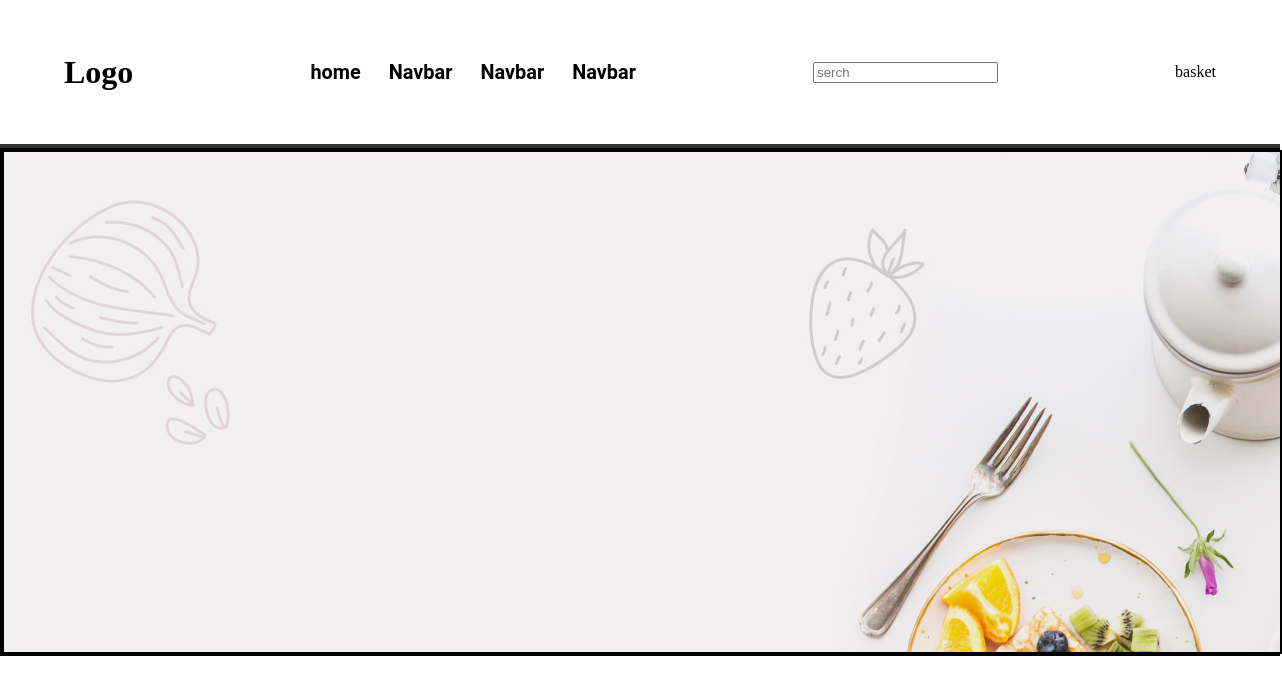
Repository: Islam432/Islam-and-Arsi---team
Page: /
These files come from the project's save history. The page is drawn as it stood at one moment and after the next save; the edit follows.
The browser window is 1280 px wide. The page is 1282 px wide, then 1280 px, then 1282 px, so the pictures cover 1282 px, including what lies to the right of the window. The pictures show the whole page.
The project was rebuilt for these pictures with package versions that can differ from the ones it lists, and the page was loaded fresh each time. Also part of the build but not shown: vite.config.js, src/App.css, src/components/Comp/Comp.jsx.

Above is the page before, as saved 2023-03-11 23:05:00.

### src/main.jsx
import React from "react";
import ReactDOM from "react-dom/client";
import App from "./App";
import "./index.css";
import { BrowserRouter } from "react-router-dom";


ReactDOM.createRoot(document.getElementById("root")).render(
  <React.StrictMode>

      <BrowserRouter>
        <App />
      </BrowserRouter>

  </React.StrictMode>
);

### src/App.jsx
import { useState } from "react";
import reactLogo from "./assets/react.svg";
import "./App.css";
import { Route, Routes } from "react-router-dom";
import { Layout } from "./components/Layout";
import { Home } from "./components/Home/Home";
import { Comp } from "./components/Comp/Comp";

function App() {
  return (

    <Layout>  <Routes>
    <Route path="/" element = {<Home/>}/>
    <Route path="/comp" element= {<Comp/>} />
  </Routes></Layout>

  );
}

export default App;

### src/components/Layout/index.jsx
import React from 'react'
import { Navbar } from '../Navbar/Navbar'

export const Layout = ({children}) => {
  return (
  <>
 <Navbar/>
  <main>{children}</main>
  </>
  )
}

### src/components/Home/Home.jsx
import React from 'react'
import styles from './Home.module.css'


export const Home = () => {
  return (
    <div className={styles.cont}>
      <div className={styles.blok1}></div>
    </div>
  )
}

### src/components/Navbar/Navbar.jsx
import React from "react";
import { NavLink } from "react-router-dom";
import styles from "./Navbar.module.css";

export const Navbar = () => {
  return (
    <div className={styles.cont}>
      <div className={styles.allnav}>
        <h1>Logo</h1>

        <div className={styles.navbar}>
          <NavLink to={'/'} className={styles.NavLink}>
            <h3>home</h3>
          </NavLink>
          <NavLink to={'/comp'} className={styles.NavLink}>
            <h3>Navbar</h3>
          </NavLink>
          <NavLink className={styles.NavLink}>
            <h3>Navbar</h3>
          </NavLink>
          <NavLink className={styles.NavLink}>
            <h3>Navbar</h3>
          </NavLink>

        </div>

        <div className={styles.inputblok}>
          <input type="text" placeholder="serch" />
        </div>

        <div>basket</div>
      </div>
    </div>
  );
};

### src/components/Home/Home.module.css
.cont{
    margin: 0;


  border: 2px solid black;
}
.blok1{
    background:url('./Banner.jpg') ;
  width: 100%;
 object-fit: cover;
 height: 500px;
    border: 2px solid black;
}

### src/components/Navbar/Navbar.module.css
.cont {
    margin: 0;
  display: flex;
  align-items: center;
  justify-content: center;
  height: 20vh;
  background: #ffffff;
border-bottom: 4px solid #333;
}

.allnav {
  display: flex;
  align-items: center;
  justify-content: space-between;
  width: 90%;
  height: 10vh;

}
.navbar {
  display: flex;
  justify-content: space-around;
  align-items: center;
  gap: 28px;

  font-family: Roboto;
  font-style: Bold;
  font-size: 17px;

}
.NavLink{
    text-decoration: none;
    color: rgb(0, 0, 0);
}

Loaded but not shown: index.html (common file); src/index.css (common file)

After the next save:
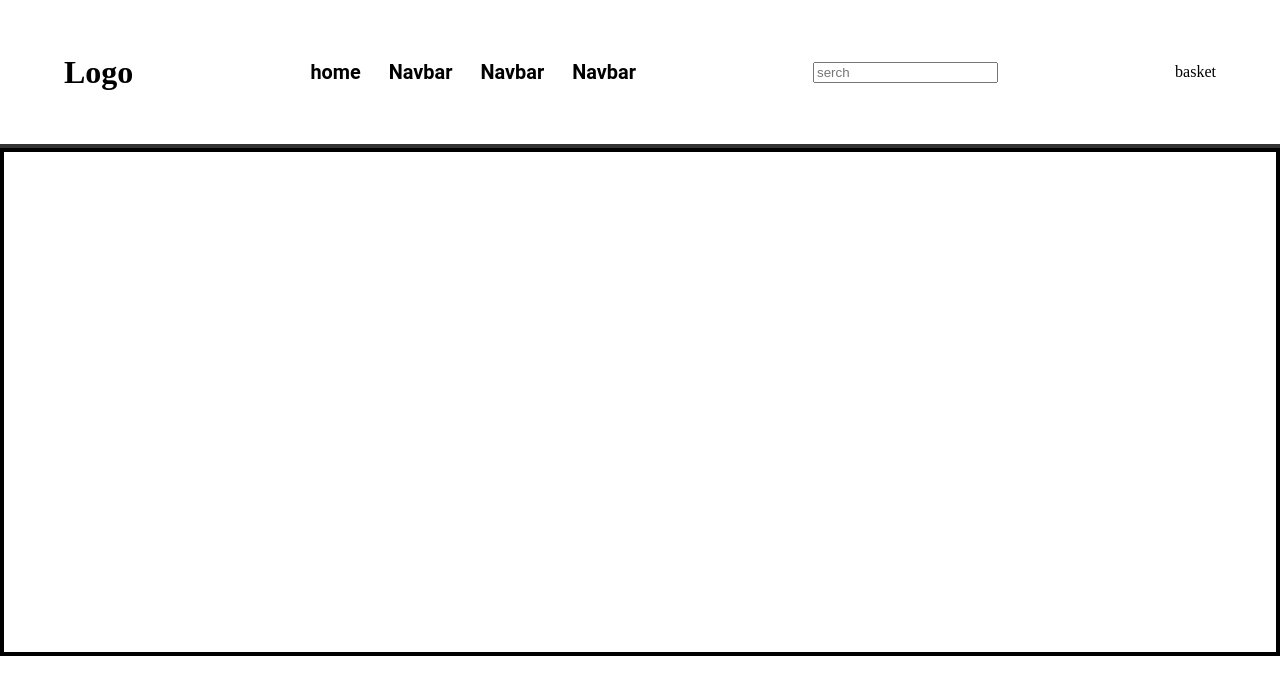
Saved 114 s later.
--- a/src/components/Home/Home.module.css
+++ b/src/components/Home/Home.module.css
@@ -5,7 +5,7 @@
   border: 2px solid black;
 }
 .blok1{
-    background:url('./Banner.jpg') ;
+    b
   width: 100%;
  object-fit: cover;
  height: 500px;

After the 5 saves that followed:
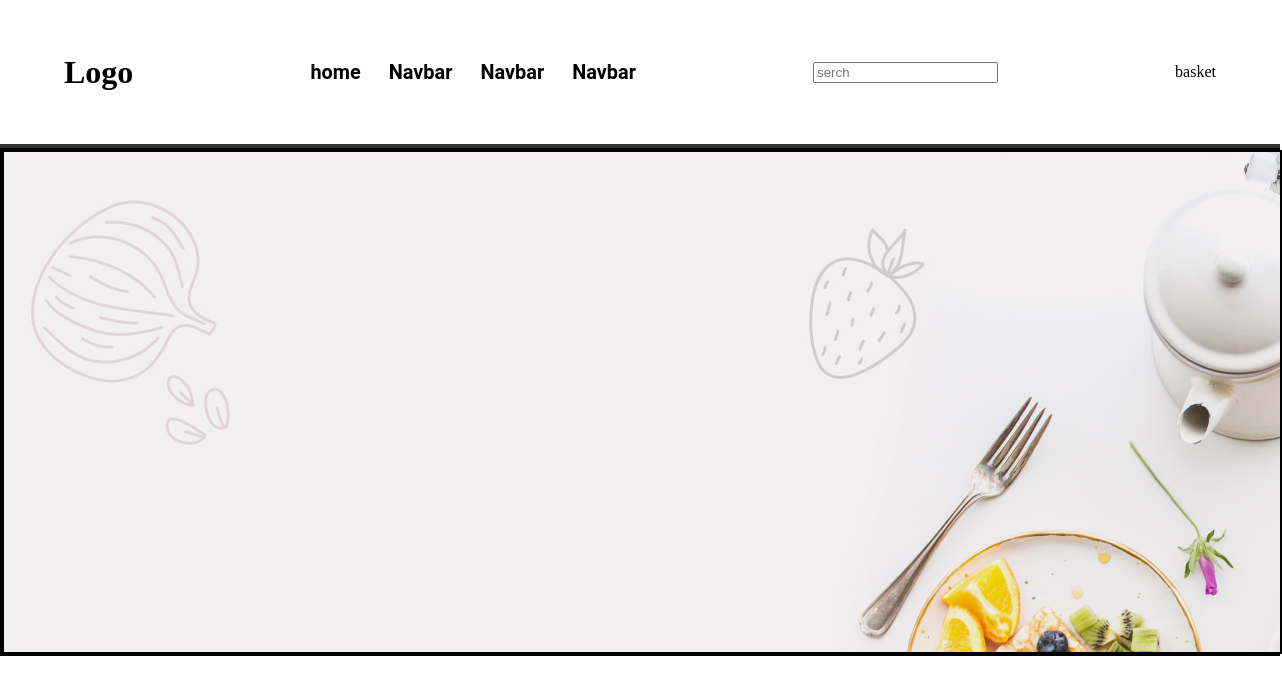
The 5 saves are shown as one change because they came seconds apart.
The last was saved 12 s later.
--- a/src/components/Home/Home.module.css
+++ b/src/components/Home/Home.module.css
@@ -5,7 +5,7 @@
   border: 2px solid black;
 }
 .blok1{
-    b
+    background-image: url('./Banner.jpg');
   width: 100%;
  object-fit: cover;
  height: 500px;
